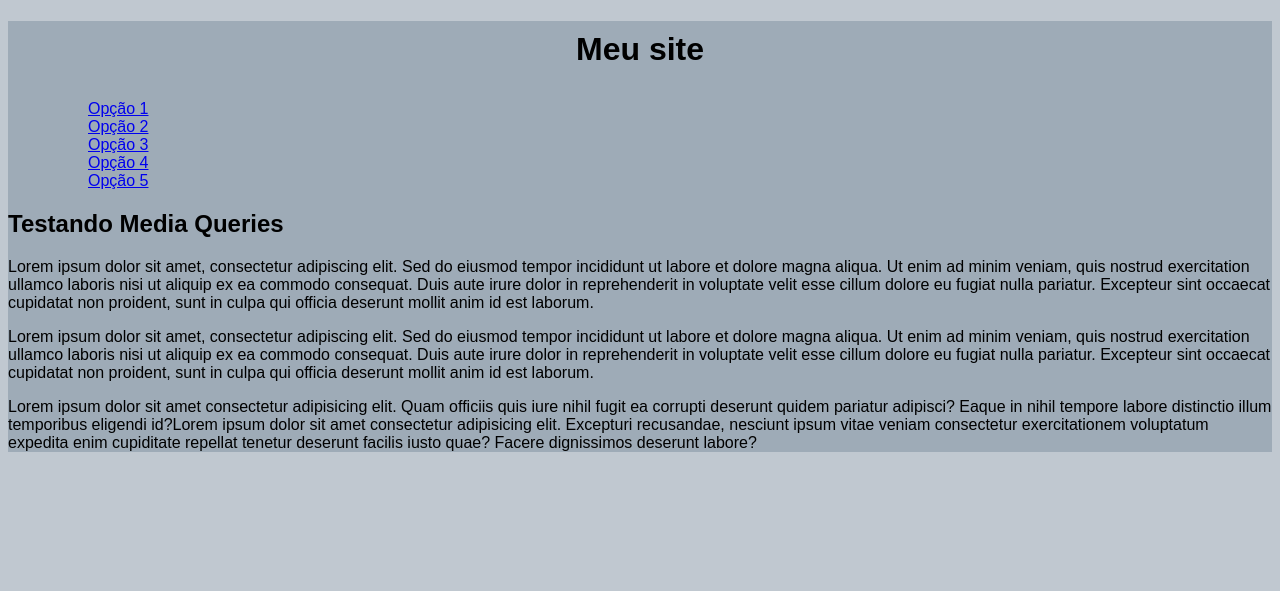
Repository: Sandro1969-tech/menu-hamburger
Page: index.html
These files come from the project's save history. The page is drawn as it stood at one moment and after the next save; the edit follows.
The browser window is 1280 px wide. The pictures show the whole page.

Above is the page before, as saved 2025-12-25 18:05:53.

After the next save:
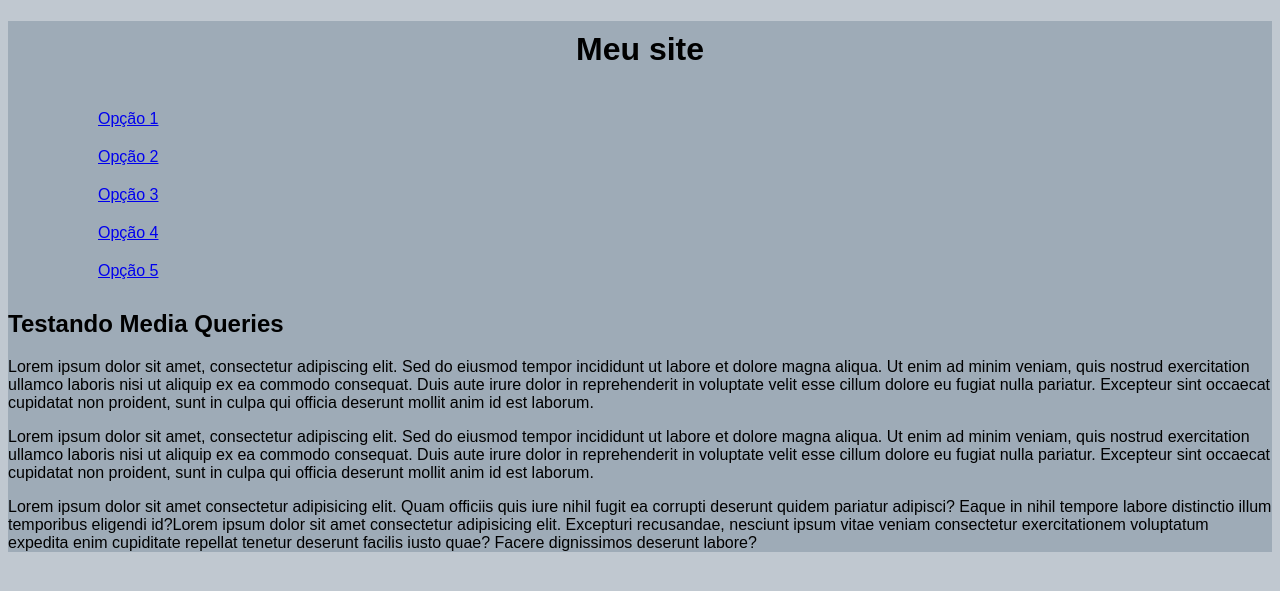
Saved 6 s later.
--- a/style.css
+++ b/style.css
@@ -26,5 +26,5 @@ menu > ul {
 }
 menu a {
     display: block;
-    padding: ;
+    padding: 10px;
 }
